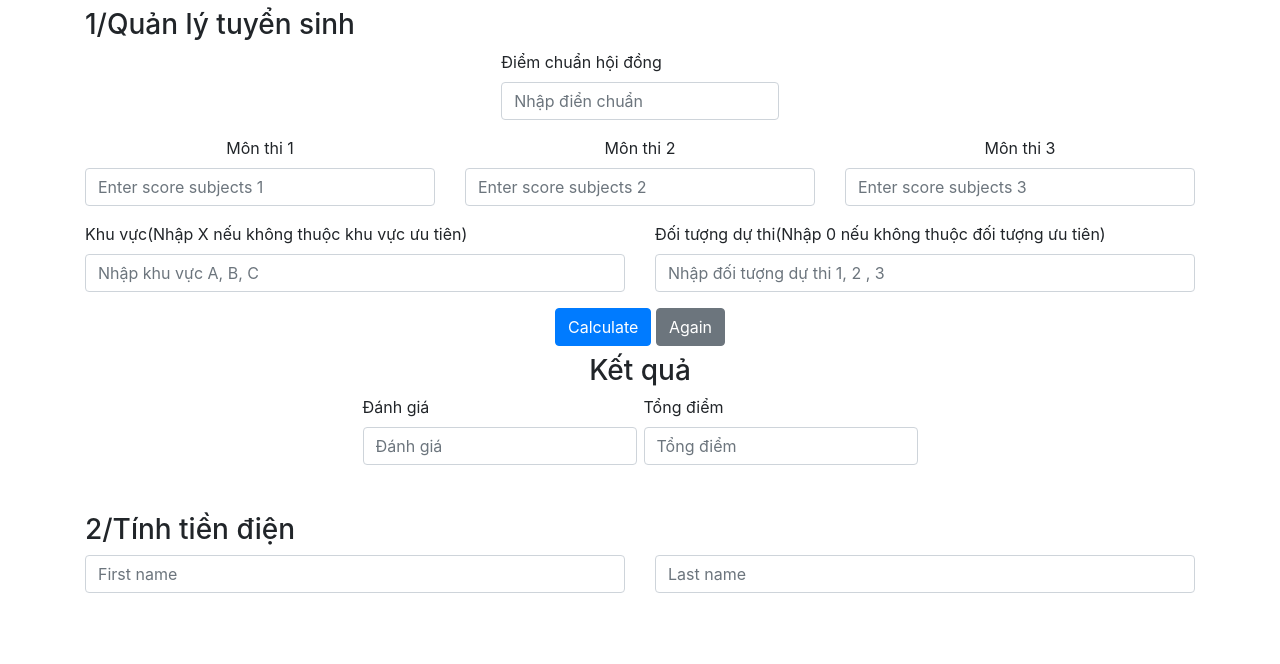
Repository: baobaodeveloper/bootcamp21__jsbasic4_HuynhAnhBao
Page: index.html
The author's editor kept a copy of each file at every save. The page is drawn from the files as they stood at one save, then again after the next save.
The browser window is 1280 px wide. The pictures show the whole page.

Above is the page before, as saved 2022-03-13 19:15:36.

### index.html
<!DOCTYPE html>
<html lang="en">
  <head>
    <title>Exercise3</title>
    <!-- Required meta tags -->
    <meta charset="utf-8" />
    <meta
      name="viewport"
      content="width=device-width, initial-scale=1, shrink-to-fit=no"
    />

    <!-- Bootstrap CSS -->
    <link
      rel="stylesheet"
      href="https://stackpath.bootstrapcdn.com/bootstrap/4.3.1/css/bootstrap.min.css"
      integrity="sha384-ggOyR0iXCbMQv3Xipma34MD+dH/1fQ784/j6cY/iJTQUOhcWr7x9JvoRxT2MZw1T"
      crossorigin="anonymous"
    />
  </head>
  <body>
    <!-- 1/Quản lý tuyển sinh -->
    <div class="container mt-2">
      <h3>1/Quản lý tuyển sinh</h3>

      <div class="mb-3 w-25 m-auto">
        <label>Điểm chuẩn hội đồng</label>
        <input
          type="number"
          class="form-control"
          id="score"
          placeholder="Nhập điển chuẩn"
        />
      </div>

      <div class="row mt-3 text-center">
        <div class="col">
          <label>Môn thi 1</label>
          <input
            type="number"
            class="form-control"
            id="score1"
            placeholder="Enter score subjects 1"
          />
        </div>
        <div class="col">
          <label>Môn thi 2</label>
          <input
            type="number"
            class="form-control"
            id="score2"
            placeholder="Enter score subjects 2"
          />
        </div>
        <div class="col">
          <label>Môn thi 3</label>
          <input
            type="number"
            class="form-control"
            id="score3"
            placeholder="Enter score subjects 3"
          />
        </div>
      </div>

      <div class="row mt-3">
        <div class="col">
          <label>Khu vực(Nhập X nếu không thuộc khu vực ưu tiên)</label>
          <input
            type="text"
            class="form-control"
            placeholder="Nhập khu vực A, B, C"
            id="area"
          />
        </div>
        <div class="col">
          <label
            >Đối tượng dự thi(Nhập 0 nếu không thuộc đối tượng ưu tiên)</label
          >
          <input
            type="number"
            class="form-control"
            placeholder="Nhập đối tượng dự thi 1, 2 , 3"
            id="object"
          />
        </div>
      </div>

      <div class="text-center mt-3">
        <button type="button" class="btn btn-primary" id="scoreBtn">
          Calculate
        </button>
        <button type="button" class="btn btn-secondary" id="score-btn-again">
          Again
        </button>
      </div>

      <h3 class="text-center mt-2">Kết quả</h3>

      <div class="mb-3 w-50 d-flex m-auto justify-content-between">
        <div>
          <label>Đánh giá</label>
          <input
            type="email"
            class="form-control"
            placeholder="Đánh giá"
            id="evaluate"
          />
        </div>

        <div>
          <label>Tổng điểm</label>
          <input
            type="email"
            class="form-control"
            placeholder="Tổng điểm"
            id="total-score"
          />
        </div>
      </div>
    </div>

    <!-- 2/Tính tiền điện -->
    <div class="container mt-lg-5">
      <h3>2/Tính tiền điện</h3>
      <div class="row">
        <div class="col">
          <input
            type="text"
            class="form-control"
            placeholder="First name"
            aria-label="First name"
          />
        </div>
        <div class="col">
          <input
            type="text"
            class="form-control"
            placeholder="Last name"
            aria-label="Last name"
          />
        </div>
      </div>
    </div>
    <!-- Optional JavaScript -->
    <!-- jQuery first, then Popper.js, then Bootstrap JS -->
    <script
      src="https://code.jquery.com/jquery-3.3.1.slim.min.js"
      integrity="sha384-q8i/X+965DzO0rT7abK41JStQIAqVgRVzpbzo5smXKp4YfRvH+8abtTE1Pi6jizo"
      crossorigin="anonymous"
    ></script>
    <script
      src="https://cdnjs.cloudflare.com/ajax/libs/popper.js/1.14.7/umd/popper.min.js"
      integrity="sha384-UO2eT0CpHqdSJQ6hJty5KVphtPhzWj9WO1clHTMGa3JDZwrnQq4sF86dIHNDz0W1"
      crossorigin="anonymous"
    ></script>
    <script
      src="https://stackpath.bootstrapcdn.com/bootstrap/4.3.1/js/bootstrap.min.js"
      integrity="sha384-JjSmVgyd0p3pXB1rRibZUAYoIIy6OrQ6VrjIEaFf/nJGzIxFDsf4x0xIM+B07jRM"
      crossorigin="anonymous"
    ></script>

    <script src="exercise1.js"></script>
  </body>
</html>

### exercise1.js
const score = document.getElementById("score");
const score1 = document.getElementById("score1");
const score2 = document.getElementById("score2");
const score3 = document.getElementById("score3");
const area = document.getElementById("area");
const objectStudent = document.getElementById("object");
const scoreBtn = document.getElementById("scoreBtn");
const scoreBtnAgain = document.getElementById("score-btn-again");
const evaluate = document.getElementById("evaluate");
const totalScore = document.getElementById("total-score");

scoreBtn.addEventListener("click", () => {
  if (!score.value || !score1.value || !score2.value || !score3.value) return;
  const scoreValue = +score.value;
  const score1Value = +score1.value;
  const score2Value = +score2.value;
  const score3Value = +score3.value;
  if (
    scoreValue <= 0 ||
    scoreValue > 30 ||
    score1Value < 0 ||
    score1Value > 10 ||
    score2Value < 0 ||
    score2Value > 10 ||
    score3Value < 0 ||
    score3Value > 10
  )
    return alert("Enter score invalid");
  if (score1Value === 0 || score2Value === 0 || score3Value === 0)
    return (evaluate.value = "Không Đạt");

  const scoreArea = areas();
  const scoreObjectStudent = objectStudents();

  const scoreTotalStudent =
    score1Value + score2Value + score3Value + scoreArea + scoreObjectStudent;

  if (scoreTotalStudent >= scoreValue) {
    evaluate.value = "Đạt";
  } else {
    evaluate.value = "Không Đạt";
  }
  totalScore.value = scoreTotalStudent;
});

const areas = () => {
  if (!area.value) return;
  const areaValue = area.value.toUpperCase();
  if (areaValue === "X") {
    return 0;
  } else if (areaValue === "A") {
    return 2;
  } else if (areaValue === "B") {
    return 1;
  } else if (areaValue === "C") {
    return 0.5;
  } else {
    return 0;
  }
};

const objectStudents = () => {
  if (!objectStudent) return;
  const objecStudenttValue = +object.value;

  if (objecStudenttValue === 0) {
    return 0;
  } else if (objecStudenttValue === 1) {
    return 2.5;
  } else if (objecStudenttValue === 2) {
    return 1.5;
  } else if (objecStudenttValue === 3) {
    return 1;
  } else {
    return 0;
  }
};

scoreBtnAgain.addEventListener("click", () => {
  score.value = "";
  score1.value = "";
  score2.value = "";
  score3.value = "";
  area.value = "";
  objectStudent.value = "";
  totalScore.value = "";
  evaluate.value = "";
});

After the next save:
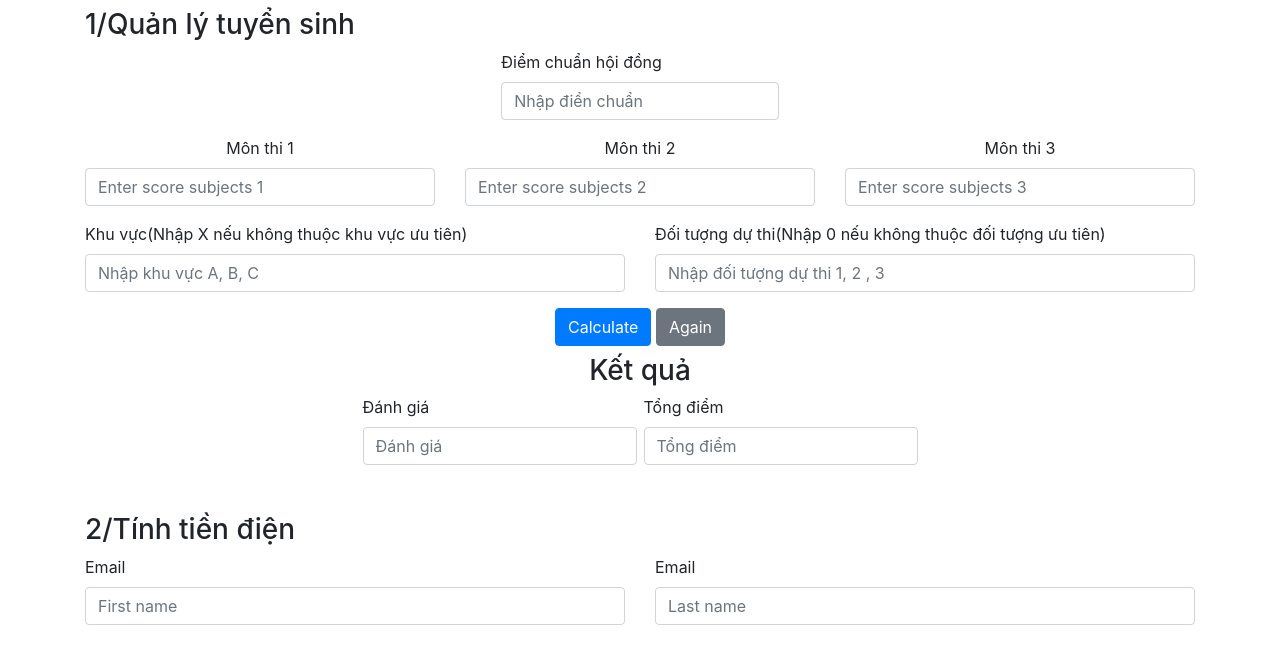
Saved 38 s later.
--- a/index.html
+++ b/index.html
@@ -124,20 +124,12 @@
       <h3>2/Tính tiền điện</h3>
       <div class="row">
         <div class="col">
-          <input
-            type="text"
-            class="form-control"
-            placeholder="First name"
-            aria-label="First name"
-          />
+          <label class="form-label">Email</label>
+          <input type="text" class="form-control" placeholder="First name" />
         </div>
         <div class="col">
-          <input
-            type="text"
-            class="form-control"
-            placeholder="Last name"
-            aria-label="Last name"
-          />
+          <label class="form-label">Email</label>
+          <input type="text" class="form-control" placeholder="Last name" />
         </div>
       </div>
     </div>
